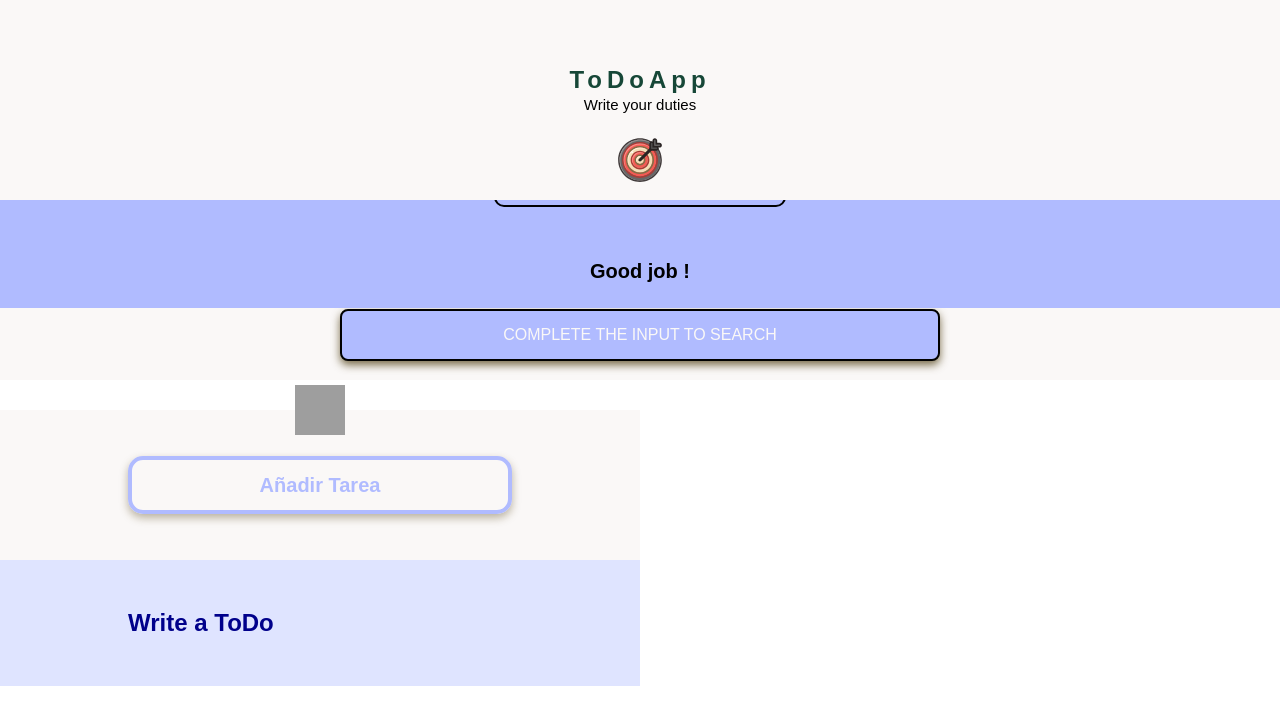
Repository: ChristianGecchelin/to-do-app
Page: /
An editor plug-in stored every save of this project. The page is shown before and after the next save, followed by the edit.
The browser window is 1280 px wide. The pictures show the whole page.
Pictures or frames that could not be fetched are drawn as grey boxes. The project was rebuilt for these pictures with package versions that can differ from the ones it lists, and the page was loaded fresh each time. Also part of the build but not shown: src/ToDoItem.js, src/Modal/Modal.css, src/Modal/index.js, src/TodoForm/TodoForm.css, src/TodoForm/index.js.

Above is the page before, as saved 2022-01-17 14:44:28.

### public/index.html
<!DOCTYPE html>
<html lang="en">
  <head>
    <meta charset="utf-8" />
    <link rel="icon" href="%PUBLIC_URL%/favicon.ico" />
    <meta name="viewport" content="width=device-width, initial-scale=1" />
    <meta name="theme-color" content="#000000" />
    <meta
      name="description"
      content="Web site created using create-react-app"
    />
    <link rel="apple-touch-icon" href="%PUBLIC_URL%/logo192.png" />

    <link rel="manifest" href="%PUBLIC_URL%/manifest.json" />

    <title>ToDoApp</title>
  </head>
  <body>
    <noscript>You need to enable JavaScript to run this app.</noscript>
    <div id="root"></div>
    <div id="modal"></div>
  </body>
</html>

### src/index.js
import React from "react";
import ReactDOM from "react-dom";
import App from "./App/index.js";
//import { ChakraProvider } from "@chakra-ui/react";
import "./index.css";

ReactDOM.render(<App />, document.getElementById("root"));

### src/App/index.js
import { AppUI } from "./AppUI";
import { TodoProvider } from "../TodoContext";
function App() {
  return (
    <TodoProvider>
      <AppUI />
    </TodoProvider>
  );
}

export default App;

### src/index.css
* {
  box-sizing: border-box;
  margin: 0;
  padding: 0;
}
html {
  font-size: 62.5%;
  font-family: "DM Sans", sans-serif;
}
body {
  background: #bababa;
}

### src/App/AppUI.js
import React from "react";
import { ToDoCounter } from "../ToDoCounter";
import { ToDoSearch } from "../ToDoSearch";
import { ToDoList } from "../ToDoList";
import { CreateToDoButton } from "../CreateToDoButton";
import { ToDoItem } from "../ToDoItem";
import { Header } from "../Header";
import { TodoContext } from "../TodoContext";
import { Modal } from "../Modal";
import "./AppUI.css";
import { TodoForm } from "../TodoForm";

function AppUI() {
  const {
    error,
    loading,
    searchedTodos,
    completeTodo,
    deleteTodo,
    openModal,
    setOpenModal,
  } = React.useContext(TodoContext);
  return (
    <>
      <section className="container-header">
        <Header />

        <ToDoSearch />
      </section>

      {/* a todos les paso las props. todo lo que escribo al lado del componente son props */}
      <section className="main-container">
        <ToDoCounter />
        <section className="view-todo-container">
          <CreateToDoButton setOpenModal={setOpenModal} openModal={openModal} />
          <ToDoList>
            {/* declaro tres variables, que luego van a presentar tres situaciones distintas.
        la tercera significa, si loading es false(ya cargó) y el array es vacio muestro ese mensaje */}
            {error && (
              <p className="alternative-text">Ups something happen...</p>
            )}
            {loading && <p className="alternative-text">Loading...</p>}
            {!loading && !searchedTodos.length && (
              <p className="alternative-text">Write a ToDo</p>
            )}

            {searchedTodos.map((todo) => (
              <ToDoItem
                key={todo.id}
                text={todo.text}
                completed={todo.completed}
                onComplete={() => completeTodo(todo.id)}
                onDelete={() => deleteTodo(todo.id)}
              />
            ))}
          </ToDoList>
        </section>
      </section>
      {openModal && (
        <Modal>
          <TodoForm />
        </Modal>
      )}
    </>
  );
}
export { AppUI };

### src/TodoContext/index.js
import React from "react";
import { useLocalStorage } from "./useLocalStorage";
const TodoContext = React.createContext();
function TodoProvider(props) {
  const {
    /* Antes solo traia Todo y saveTodo. Ahora, lo converti en un objeto para traer a loading tambien, y renombre las variables que retorne del customHook para que coincidan con la nomenclatura de lo descripto en APP */
    item: todos,
    saveItem: saveTodos,
    loading,
    error,
  } = useLocalStorage("Todos_V1", []);
  /* este estado va a manejar la creacion de tareas */
  const [searchValue, setSearchValue] = React.useState("");
  /* este estado va a setear el valor de lo escrito en el input */

  const [openModal, setOpenModal] = React.useState(false);

  const completeTodo = (id) => {
    const todoIndex = todos.findIndex((todo) => todo.id === id);
    const newTodos = [...todos];
    if (newTodos[todoIndex].completed === false) {
      newTodos[todoIndex].completed = true;
      saveTodos(newTodos);
    } else {
      newTodos[todoIndex].completed = false;
      saveTodos(newTodos);
    }
  };

  const deleteTodo = (id) => {
    const todoIndex = todos.findIndex((todo) => todo.id === id);
    const newTodos = [...todos];
    newTodos.splice(todoIndex, 1);
    saveTodos(newTodos);
  };

  const addTodo = (text) => {
    const newTodos = [...todos];
    newTodos.push({
      id: Date.now(),
      completed: false,
      text,
    });
    saveTodos(newTodos);
  };

  const completedTodos = todos.filter((todo) => !!todo.completed).length;
  /* !!significa es verdadero? // filtramos el array para sacar solo los que tengan la propiedad completed en true */
  const totalTodos = todos.length;

  let searchedTodos = [];

  if (!searchValue.length >= 1) {
    searchedTodos = todos;
  } else {
    searchedTodos = todos.filter((todo) => {
      const todoText = todo.text.trim().toLowerCase();
      const searchText = searchValue.trim().toLowerCase();
      return todoText.includes(searchText);
    });
  }

  return (
    <TodoContext.Provider
      value={{
        error,
        loading,
        totalTodos,
        completedTodos,
        searchValue,
        setSearchValue,
        searchedTodos,
        completeTodo,
        deleteTodo,
        openModal,
        setOpenModal,
        addTodo,
      }}
    >
      {props.children}
    </TodoContext.Provider>
  );
}
export { TodoContext, TodoProvider };

### src/ToDoCounter.js
import "./styles/ToDoCounter.css";
function ToDoCounter({ total, completed }) {
  return (
    <section className="counter-container">
      <div className="title-card">
        <h2 className="counter-title">
          You have completed <br />
          {completed} of {total} duties.
        </h2>
      </div>
      {/* como podria cambiar ese br? */}
      <p className="counter-congrats">Good job !</p>
    </section>
  );
}
export { ToDoCounter };
/* Modificar que sea variable la cantidad de tareas completadas, que el good job cambie cuando llevo menos de la mitad de tareas completadas. */

### src/ToDoSearch.js
import { useState } from "react";
import "./styles/ToDoSearch.css";
function ToDoSearch({ searchValue, setSearchValue }) {
  /* destructuro para no hacer props.searchValue lo pongo entre llaves y solo anoto el nombre de las props que paso */
  const onSearchValueChange = (event) => {
    setSearchValue(event.target.value);
  };
  return (
    <section className="search-container">
      <input
        className="search-input"
        placeholder="Picar cebolla"
        value={searchValue}
        onChange={onSearchValueChange}
      ></input>
      <button className="search-button">Complete the input to search</button>
    </section>
  );
}
export { ToDoSearch };

### src/ToDoList.js
import "./styles/ToDoList.css";
function ToDoList(props) {
  return (
    <section className="list-container">
      <ul className="item-container"> {props.children}</ul>
    </section>
  );
}
export { ToDoList };

### src/CreateToDoButton.js
import "./styles/createToDoButton.css";
function CreateToDoButton() {
  return (
    <div className="button-container">
      <span className="button"></span>
      <p className="button-text">Añadir Tarea</p>
    </div>
  );
}
export { CreateToDoButton };

### src/Header.js
import "./styles/header.css";
function Header() {
  return (
    <header>
      <h1>ToDoApp</h1>
      <h3>Write your duties</h3>
      <span></span>
    </header>
  );
}
export { Header };

### src/App/AppUI.css
.alternative-text {
  font-size: 2.4rem;
  font-weight: 700;
  line-height: 2.6rem;
  color: darkblue;
}
.container-header {
  display: flex;
  flex-direction: row;
  flex-wrap: wrap;
  background-color: #b1bcfa;
  justify-content: space-between;
  height: 20vh;
}
.main-container {
  display: flex;
  flex-direction: row;
  flex-wrap: wrap;
  background-color: #fff;
  justify-content: space-between;
  height: 80vh;
}
.view-todo-container {
  display: flex;
  flex-direction: column;
  justify-content: center;
  width: 100%;
}
@media (min-width: 1000px) {
  .view-todo-container {
    width: 50%;
  }
  .container-header {
    height: 15vh;
  }
  .main-container {
    height: 85vh;
  }
}

### src/TodoContext/useLocalStorage.js
import React from "react";
function useLocalStorage(itemName, initialValue) {
  /* este estado se usa con try/catch para determinar si ha habido un error lo capturo seteandolo */
  const [error, setError] = React.useState(false);
  /* este usestate setea el estado en el que se encuentra el pedido.Mientras este cargando va a ser true, una vez que termine de cargar va a ser false*/
  const [loading, setLoading] = React.useState(true);

  /* Recordar setear en useState el nuevo array con Todos (parsedTodos(antes) ahora lo cambie por initialValue *ver comentario abajo) */
  const [item, setItem] = React.useState(initialValue);
  /* trae por defecto lo definido en los componentes osea algo vacio en este caso. Pero luego ejecuto el useEffect para que cargue con delay lo del localStorage, simulando el pedido a una API (initialValue) */

  React.useEffect(
    () => {
      setTimeout(() => {
        try {
          const localStorageItem = localStorage.getItem(itemName);
          let parsedItem;

          if (!localStorageItem) {
            localStorage.setItem(itemName, JSON.stringify(initialValue));
            parsedItem = initialValue;
          } else {
            parsedItem = JSON.parse(localStorageItem);
          }

          /* seteamos el estado para mostrar lo que tenemos en localStorage */
          setItem(parsedItem);
          setLoading(false);
        } catch (error) {
          setError(error);
        }
      }, 1250);
    }

    /*
      la segunda posicion de la funcion nos determina cuando se va a ejecutar el hook
      el array[] hace que se renderice una sola vez cuando carga la pagina
      pero tambien puedo llamar una variable para que solo se ejecute cuando hay un cambio en el estado. Eso pasaria si pongo totalTodos
      solo se ejecutaria cuando modifico el conteo de todos */
  );

  const saveItem = (newItem) => {
    /* seteo con un try catch porque es posible que al crear un nuevo todo me de error */
    try {
      const stringifiedItem = JSON.stringify(newItem);
      localStorage.setItem(itemName, stringifiedItem);
      setItem(newItem);
    } catch (error) {
      setError(error);
    }
  };
  return { item, saveItem, loading, error };
}
export { useLocalStorage };

### src/styles/ToDoCounter.css
.counter-container {
  display: flex;
  flex-direction: column;
  justify-content: space-around;
  align-items: center;
  width: 100%;
  min-width: 300px;
  height: 200px;
  margin: 0 auto;
  text-align: center;
  background: #b0bbff;
}
.title-card {
  border: 2px solid black;
  border-radius: 10px;
}
.counter-title {
  font-size: 2.2rem;
  font-weight: 700;
  line-height: 2.4rem;
  letter-spacing: 0.2rem;
  padding: 10px 20px;
}
.counter-congrats {
  font-size: 2rem;
  font-weight: 700;
  line-height: 2rem;
}

/* como funciona la especifidad en css en react? */

### src/styles/ToDoSearch.css
.search-container {
  display: flex;
  flex-direction: column;
  margin: 0 auto;
  justify-content: space-around;
  width: 100%;
  min-width: 200px;
  height: 180px;
  text-align: center;
  background: #faf8f7;
}
.search-input {
  width: 60%;
  max-width: 600px;
  border: 2px solid black;
  border-radius: 8px;
  margin: 0 auto;
  text-align: center;
  padding: 15px 20px;
  font-size: 1.6rem;
}
.search-button {
  width: 60%;
  max-width: 600px;
  margin: 0 auto;
  padding: 15px 0;
  border: 2px solid black;
  border-radius: 8px;
  outline: none;
  font-size: 1.6rem;
  text-transform: uppercase;
  background: rgb(176 187 255);
  color: #faf8f7;

  box-shadow: 0px 4px 8px rgba(89, 73, 30, 0.8);
}
.search-input:focus {
  outline: none;
  border: 2px solid green;
  background: rgba(240, 239, 239, 0.7);
}
.search-input::placeholder {
  text-transform: uppercase;
}

### src/styles/ToDoList.css
.list-container {
  display: flex;
  flex-direction: column;
  justify-content: center;
  align-items: center;
  width: 100%;
  height: auto;
  padding: 50px 0;
  background: rgb(176 187 255 / 40%);
}
.item-container {
  width: 60%;
  min-width: 310px;
  max-width: 600px;
}
.list-item {
  position: relative;
  display: flex;
  flex-direction: row;
  justify-content: center;
  margin: 20px 0px;
  padding: 15px 0;
  border: 2px solid black;
  border-radius: 15px;
  width: 100%;
  box-shadow: 0px 4px 8px rgba(89, 73, 30, 0.8);
}
.check {
  position: absolute;
  top: 13px;
  left: calc(5%);
  background-image: url(../assets/check.svg);
  width: 25px;
  height: 25px;
  background-repeat: no-repeat;
  background-size: contain;
}
.delete {
  position: absolute;
  top: 13px;
  left: calc(91% - 5px);
  width: 25px;
  height: 25px;
  background-repeat: no-repeat;
  fill: #81b5a8;
  -webkit-mask: url(../assets/cross.svg);
  mask: url(../assets/cross.svg);
  mask-size: auto;
  background: red;
}
.delete:hover {
  transform: scale(1.5);
  transition: all ease 0.5s;
}
.text-item {
  font-size: 2rem;
  font-weight: 700;
  line-height: 2rem;
}
.text-item-completed {
  text-decoration: line-through;
}

### src/styles/createToDoButton.css
.button-container {
  position: relative;
  display: flex;
  flex-direction: column;
  justify-content: center;
  align-items: center;
  width: 100%;
  height: 150px;
  background: #faf8f7;
  text-align: center;
}
.button {
  position: absolute;
  top: -25px;
  left: calc(50% - 25px);
  background-image: url(../assets/plus.svg);
  width: 50px;
  height: 50px;
}
.button-text {
  width: 60%;
  max-width: 600px;
  padding: 15px 0;
  font-size: 2rem;
  line-height: 2rem;
  font-weight: 700;
  border: 4px solid rgb(176 187 255);
  border-radius: 15px;
  color: rgb(176 187 255);
  box-shadow: 0px 4px 8px rgba(89, 73, 30, 0.4);
}
.button-text:hover {
  border: 4px solid #faf8f7;
  color: #faf8f7;
  background-color: rgb(176 187 255);
}

### src/styles/header.css
header {
  position: relative;
  display: flex;
  flex-direction: column;
  justify-content: center;
  align-items: center;
  width: 100%;
  min-width: 320px;
  height: 200px;
  text-align: center;
  padding-bottom: 50px;
  background: #faf8f7;
}
header h1 {
  align-items: center;
  font-size: 2.4rem;
  font-weight: 700;
  line-height: 3rem;
  color: rgb(22, 71, 55);
  padding-top: 15px;
  padding-bottom: 5px;
  margin-top: 10px;
  letter-spacing: 0.5rem;
}
header h3 {
  align-items: center;
  font-size: 1.5rem;
  font-weight: 500;
  line-height: 1rem;
}
header span {
  position: absolute;
  top: 135px;
  background-image: url(../assets/header.svg);
  width: 50px;
  height: 50px;
  background-repeat: no-repeat;
  background-size: contain;
}
/*Falta completar con tipografias y colores, imagen span*/

After the next save:
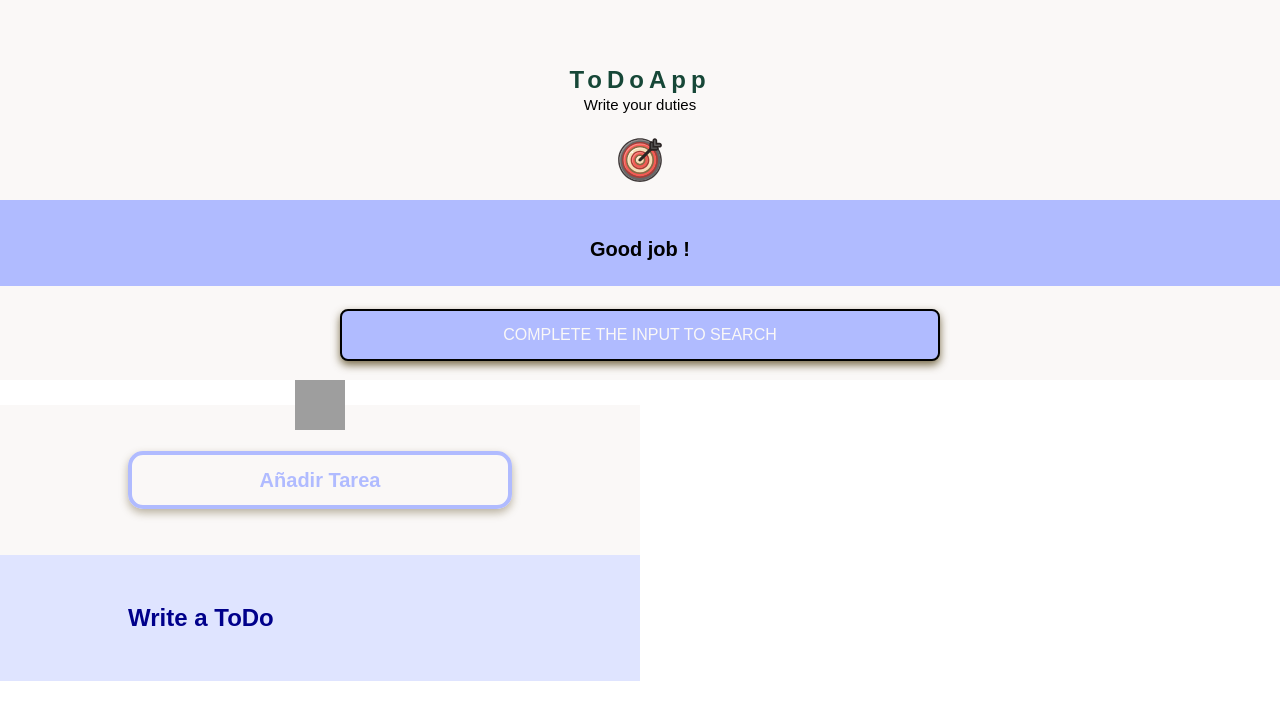
Saved 8 s later.
--- a/src/App/AppUI.css
+++ b/src/App/AppUI.css
@@ -31,9 +31,9 @@
     width: 50%;
   }
   .container-header {
-    height: 15vh;
+    height: 12vh;
   }
   .main-container {
-    height: 85vh;
+    height: 88vh;
   }
 }
